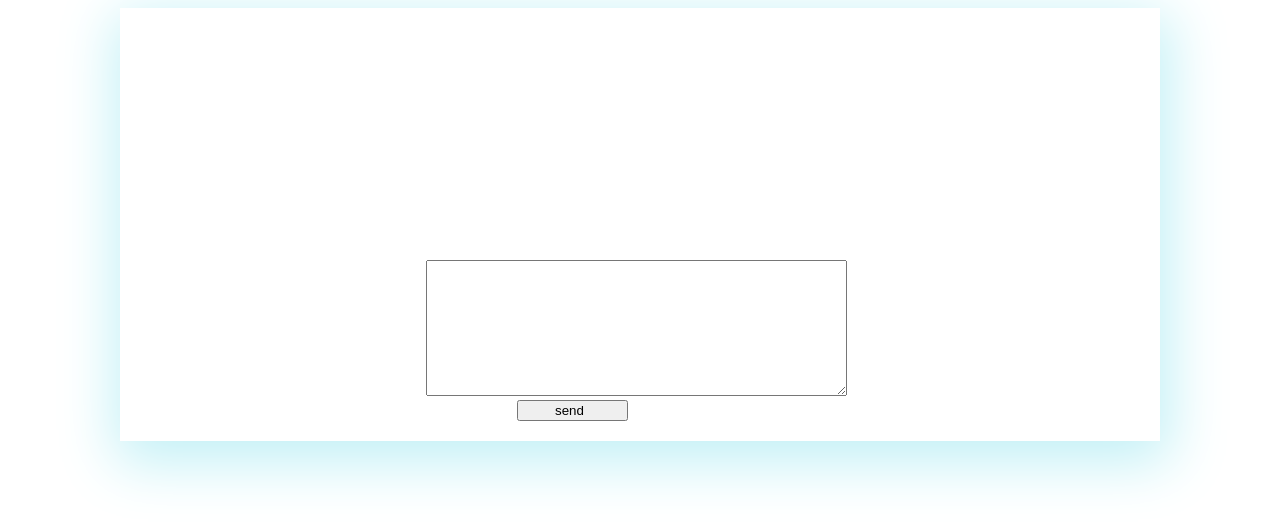
Repository: ed222gg/1dv403-laborationer-1
Page: 4-thequiz/index.html
The author's editor kept a record of every edit. The page is drawn from the files as they stood at one moment, then again after the next edit.
The browser window is 1280 px wide. The pictures show the whole page.
The page's requests for data from a server got no answer.

Above is the page before.

After the next edit:
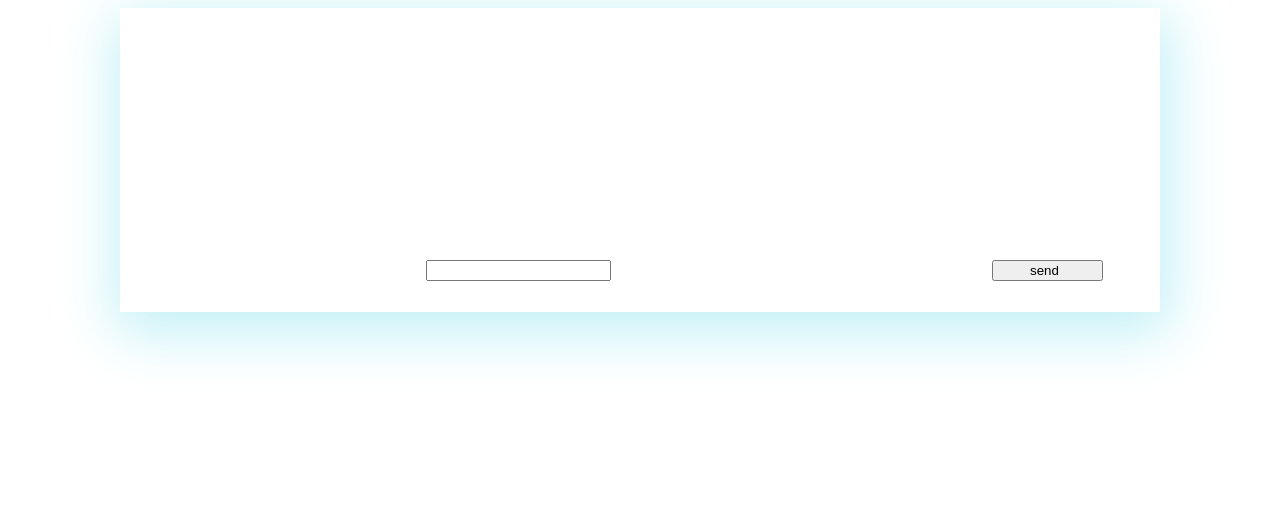
The edit:
--- a/4-thequiz/index.html
+++ b/4-thequiz/index.html
@@ -20,7 +20,7 @@
              <p id="countTries"><!---Antal försök: 0--></p>
             <form id="messageform" action="#">
 
-                <textarea id="messageText" rows="10" cols="50"></textarea>
+                <input id="messageText" type="text" rows="10" cols="50"></input>
                 <input type="submit" name="button" id="button" value="send">
             </form>
         </div>
